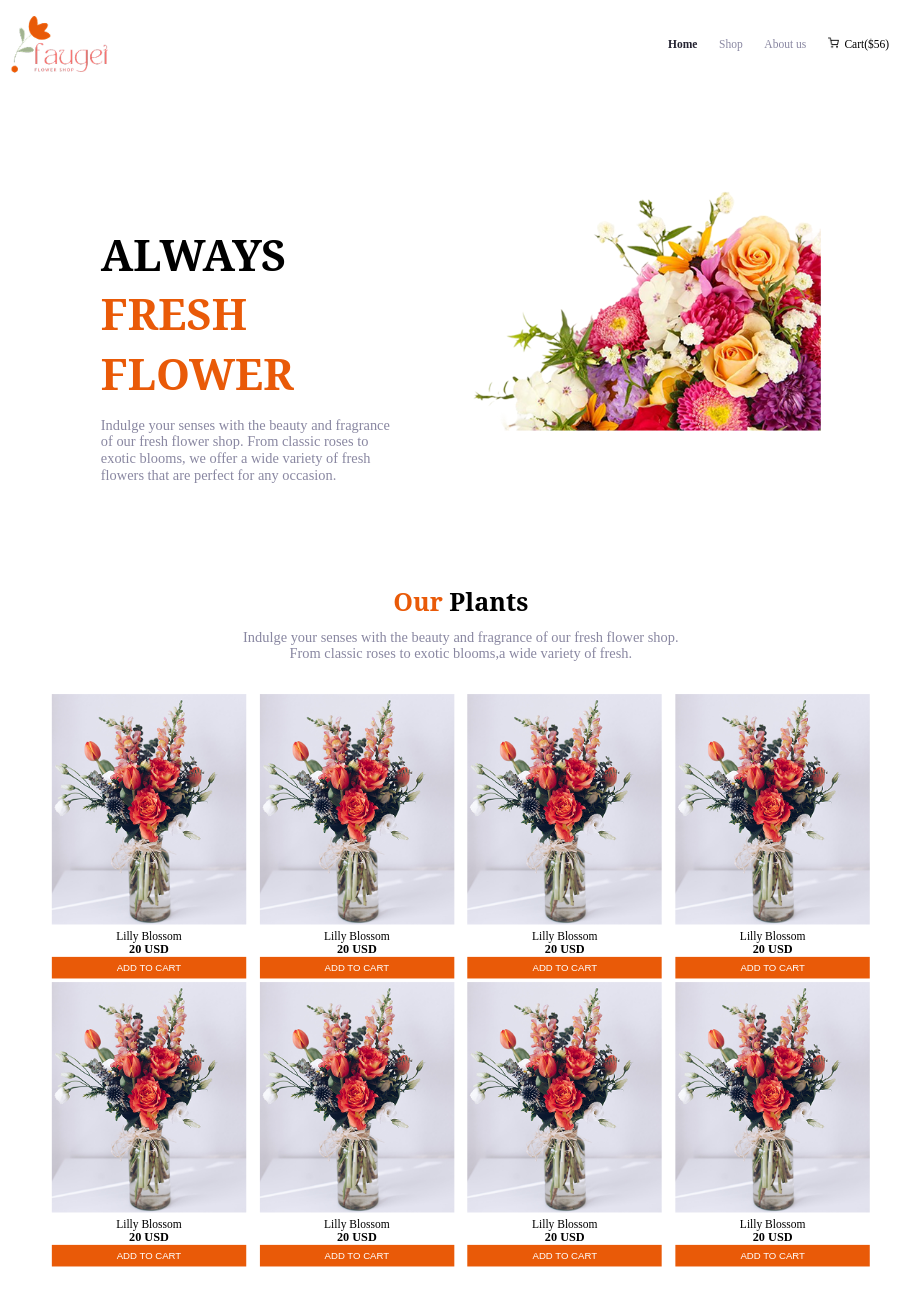
Repository: dollyrakhe22/Flowers-main-website
Page: index.html
An editor plug-in stored every save of this project. The page is shown before and after the next save, followed by the edit.
The browser window is 1280 px wide. The pictures show the whole page, at 72% of full size.
Some web libraries are served in a nearby version.

Above is the page before, as saved 2025-07-24 03:06:17.

### index.html
<!DOCTYPE html>
<html lang="en">
<head>
    <meta charset="UTF-8">
    <meta name="viewport" content="width=device-width, initial-scale=1.0">
    <title>Flowers Site</title>
    <link rel="stylesheet" href="style.css">
    <link rel="stylesheet" href="https://cdnjs.cloudflare.com/ajax/libs/font-awesome/7.0.0/css/all.min.css" integrity="sha512-DxV+EoADOkOygM4IR9yXP8Sb2qwgidEmeqAEmDKIOfPRQZOWbXCzLC6vjbZyy0vPisbH2SyW27+ddLVCN+OMzQ==" crossorigin="anonymous" referrerpolicy="no-referrer" />
</head>
<body >
    <header>
           <nav class="nav-bar display-flex">
                <img src="assets/logo.png" alt="" srcset="">


              <ul class="list-link display-flex">
                <li class="list-item text-black ">Home</li>
                <li class="list-item text-gray">Shop</li>
                <li class="list-item text-gray">About us</li>
                <li class="list-item"><img src="assets/shopping-cart (1).jpg"id="shopping-card" alt="" srcset=""width="15px" height="15px">Cart($56)</li>
             </ul>
           </nav>
           </header>
   <main>
  <!--Fresh Flowers-->

 <section class="flower-section display-flex">
  <div class="fresh-flower">
   <h1 class="flower-title noto-serif-normal">ALWAYS <span class="primary-color">FRESH<br> FLOWER</span></h1>
   <p class="flower-description text-gray">Indulge your senses with the beauty and fragrance of our fresh flower shop. From classic roses to exotic blooms,
     we offer a wide variety of fresh flowers that are perfect for any occasion. </p>
  </div>
  <div class="flower-img">
    <img src="assets/hero-flower.png" alt="" srcset="">
  </div>

 </section>
 <!--Plants-->
<section class="plants-section">

    <h1 class="plant-title noto-serif-normal"><span class="primary-color">Our</span> Plants</h1>
    <p class="plant-description text-gray">Indulge your senses with the beauty
      and fragrance  of our fresh flower shop. <span style="display: block;"> From classic roses to exotic blooms,a wide variety of fresh.</span>
     </p>
</section>
<!--Plant-Card-Container-->
<section >
<div class="card-container">
  <div class="plant-card">
    <img src="assets/sample-flower-image.png" alt="" srcset="">
    <h4 class="lily">Lilly Blossom</h4>
    <p class="price">20 USD</p>
    <button class="btn">ADD TO CART</button>
  </div>
  <div class="plant-card">
    <img src="assets/sample-flower-image.png" alt="" srcset="">
    <h3 class="lily">Lilly Blossom</h3>
    <p class="price">20 USD</p>
    <button class="btn">ADD TO CART</button>
  </div>
  <div class="plant-card">
    <img src="assets/sample-flower-image.png" alt="" srcset="">
    <h3 class="lily">Lilly Blossom</h3>
    <p class="price">20 USD</p>
    <button class="btn">ADD TO CART</button>
  </div>
  <div class="plant-card">
    <img src="assets/sample-flower-image.png" alt="" srcset="">
    <h3 class="lily">Lilly Blossom</h3>
    <p class="price">20 USD</p>
    <button class="btn">ADD TO CART</button>
  </div>
  <div class="plant-card">
    <img src="assets/sample-flower-image.png" alt="" srcset="">
    <h3 class="lily">Lilly Blossom</h3>
    <p class="price">20 USD</p>
    <button class="btn">ADD TO CART</button>
  </div>
  <div class="plant-card">
    <img src="assets/sample-flower-image.png" alt="" srcset="">
    <h3 class="lily">Lilly Blossom</h3>
    <p class="price">20 USD</p>
    <button class="btn">ADD TO CART</button>
  </div>
  <div class="plant-card">
    <img src="assets/sample-flower-image.png" alt="" srcset="">
    <h3 class="lily">Lilly Blossom</h3>
    <p class="price">20 USD</p>
    <button class="btn">ADD TO CART</button>
  </div>
  <div class="plant-card">
    <img src="assets/sample-flower-image.png" alt="" srcset="">
    <h3 class="lily">Lilly Blossom</h3>
    <p class="price">20 USD</p>
    <button class="btn">ADD TO CART</button>
  </div>















</div>






</section>










    </main>
    <footer>

    </footer>
</body>
</html>

### style.css
@import url('https://fonts.googleapis.com/css2?family=Noto+Serif:ital,wght@0,100..900;1,100..900&display=swap');

*{
    box-sizing: border-box;
    margin: 0;
    padding: 0;
}

.noto-serif-normal{
  font-family: "Noto Serif", serif;
  font-optical-sizing: auto;
  font-style: normal;

}
/*shared style*/
.display-flex{
    display: flex;
}
/*black*/
.text-black{
    color:#252432;
    font-weight: bold;
}
/*dark 02*/
.text-gray{
    color: #8987A1;
}
.primary-color{
    color:#E95A08;
}
/*navbar start*/
.nav-bar{
   justify-content: space-between;
   margin: 20px auto;
   max-width: 1250px;




}
.list-link{
    justify-items: center;
    justify-content: center;
    align-items: center;



}
nav ul li{
    list-style: none;
    margin-right: 30px;
}
#shopping-card{
    margin-right: 8px;
}
/*Fresh Flower*/
.fresh-flower{
    margin-top: 70px;
}
.flower-section{
    max-width: 100%;
   margin: 140px;
   gap: 10px;
}
.flower-title{
      font-size: 3.75rem;
}
.flower-description{
    font-size: 1.25rem;
    margin-top: 20px;
}
/*Plants*/
.plants-section{
  justify-items: center;

}
.plant-title{
    font-size: 2.18rem;
    font-weight: 700;
}
.plant-description{
    font-size: 1.25rem;
    margin-top: 15px;
   text-align: center;

}
/*Plant-Card-Container*/
.card-container{
    max-width: 1150px;
    margin: 45px auto;
    display: grid;
    grid-template-columns: repeat(4,1fr);
    gap: 5px;
}
.plant-card {
    align-items: center;
    justify-items: center;
}
.lily{
    font-size: 1rem;
    font-weight:200;
}
.price{
    font-size: 17px;
    font-weight: bold;
}
.btn{
   background-color: #E95A08;
   color:white;
   width: 270px;
   height: 30px;
   border: none;
}

After the next save:
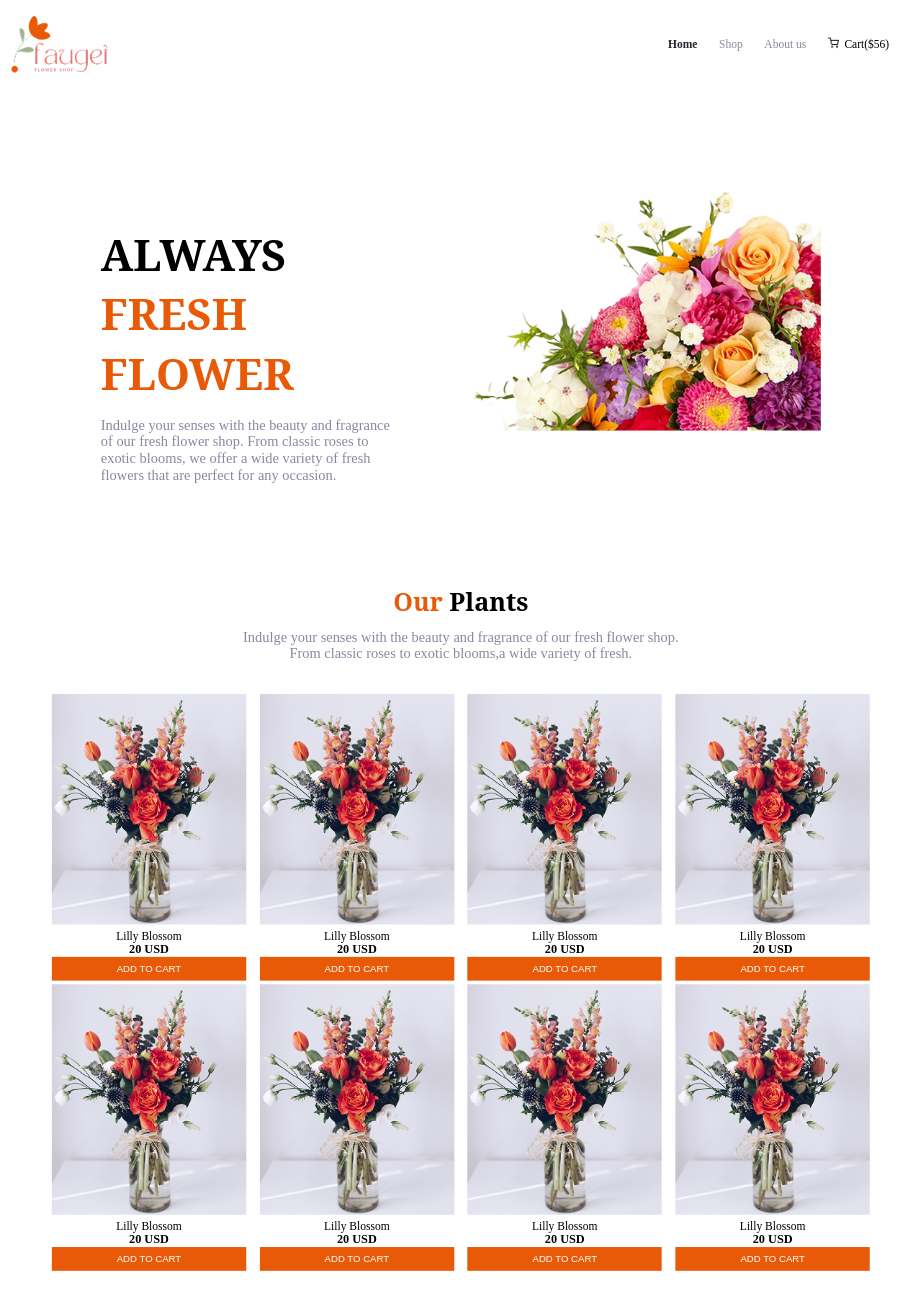
Saved 19 s later.
--- a/style.css
+++ b/style.css
@@ -108,6 +108,6 @@ nav ul li{
    background-color: #E95A08;
    color:white;
    width: 270px;
-   height: 30px;
+   height: 33px;
    border: none;
 }
